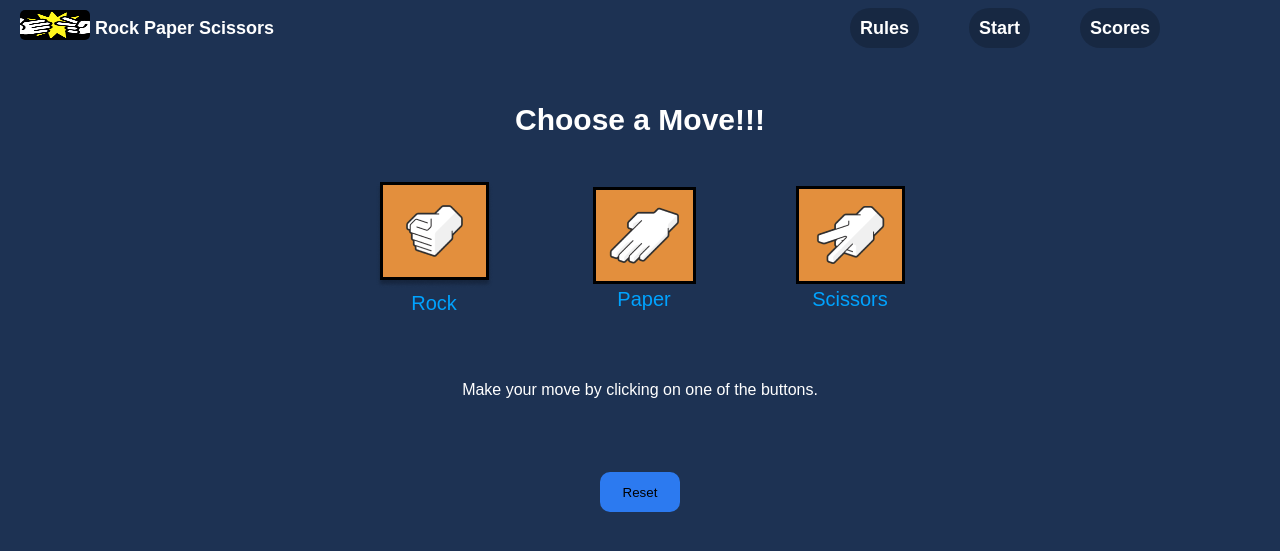
Repository: MikkyPrestige/rock-paper-scissors
Page: game.html
These files come from the project's save history. The page is drawn as it stood at one moment and after the next save; the edit follows.
The browser window is 1280 px wide. The pictures show the whole page.

Above is the page before, as saved 2023-05-13 03:05:08.

### game.html
<!DOCTYPE html>
<html lang="en">

<head>
  <meta charset="UTF-8">
  <meta http-equiv="X-UA-Compatible" content="IE=edge">
  <meta name="viewport" content="width=device-width, initial-scale=1.0">
  <title>Rock, Paper, Scissors</title>
  <link rel="stylesheet" href="./index.css">
  <script src="./script.js" defer></script>
</head>

<body>
  <main>
    <header>
      <figure class="headerLogo">
        <a href="/">
          <img src="./img/logo.png" alt="Logo" class="logo">
        </a>
        <figcaption class="logoCaption">Rock Paper Scissors</figcaption>
      </figure>
      <nav>
        <ul>
          <li><a href="#rule">Rules</a></li>
          <li><a href="./game.html">Start</a></li>
          <li><a href="#">Scores</a></li>
        </ul>
      </nav>
    </header>
    <section class="game">
      <h1 class="game--title">Choose a Move!!!</h1>
      <figure class="game--images">
        <div class="game--img">
          <img src="./img/rock.png" alt="Rock image" id="rock">
          <figcaption class="game--caption">Rock</figcaption>
        </div>
        <div class="game--img">
          <img src="./img/paper.png" alt="paper image" id="paper">
          <figcaption class="game--caption">Paper</figcaption>
        </div>
        <div class="game--img">
          <img src="./img/scissors.png" alt="scissors image" id="scissors">
          <figcaption class="game--caption">Scissors</figcaption>
        </div>
      </figure>
      <div id="result"></div>
      <div id="winner"></div>
      <div class="game--results">
        <p>Make your move by clicking on one of the buttons.</p>
      </div>
      <button class="rule--btn">Reset</button>
    </section>
  </main>
</body>

</html>

### index.css
*,
*::after,
*::before {
  box-sizing: border-box;
  margin: 0;
  padding: 0;
}

html {
  font-size: 62.5%;
}

body {
  font-family: "Fira Sans", sans-serif;
  font-size: 1.6rem;
  line-height: 1.5;
  background: rgba(29, 50, 83, 1);
  color: rgba(255, 255, 255, 1);
  width: 100%;
  height: 100%;
}

main {
  display: flex;
  flex-direction: column;
  justify-content: center;
  align-items: center;
  gap: 2rem;
  height: 100%;
  width: 100%;
}

header {
  display: flex;
  justify-content: space-between;
  align-items: center;
  padding: 1rem 2rem;
  width: 100%;
  height: auto;
}

.headerLogo {
  display: flex;
  align-items: center;
  gap: .5rem;
  height: auto;
}

.logo {
  width: 7rem;
  height: 3rem;
  border-radius: .5rem;
  -webkit-border-radius: .5rem;
  -moz-border-radius: .5rem;
  -ms-border-radius: .5rem;
  -o-border-radius: .5rem;
}

.logoCaption {
  font-size: 1.8rem;
  font-weight: 600;
  color: rgba(255, 255, 255, 1);
}

nav {
  height: auto;
  margin-right: 10rem;
}

ul {
  display: flex;
  justify-content: center;
  align-items: center;
  gap: 5rem;
  list-style: none;
}

li a {
  font-size: 1.8rem;
  font-weight: 600;
  color: rgba(255, 255, 255, 1);
  background: linear-gradient(0deg, rgba(0, 0, 0, 0.2), rgba(0, 0, 0, 0.2)), #1D3253;
  text-decoration: none;
  padding: 1rem;
  border-radius: 2rem;
}

li a:hover {
  background: rgba(255, 255, 255, 1);
  color: rgba(29, 50, 83, 1);
  text-decoration: underline;
}

.home {
  display: flex;
  justify-content: center;
  align-items: center;
  width: 100%;
  height: 70vh;
}

.images {
  position: relative;
  height: 100%;
  flex-basis: 30%;
}

.img {
  background: rgba(253, 253, 253, 0.9);
  border-radius: 50%;
  -webkit-border-radius: 50%;
  -moz-border-radius: 50%;
  -ms-border-radius: 50%;
  -o-border-radius: 50%;
  width: 15rem;
  height: 15rem;
}

.rock {
  position: absolute;
  top: 5rem;
  left: 0rem;
}

.paper {
  position: absolute;
  top: 5rem;
  right: 5rem;
}

.scissors {
  position: absolute;
  bottom: 5rem;
  left: 8rem;
}

.content {
  display: flex;
  flex-direction: column;
  justify-content: center;
  align-items: center;
  gap: 2rem;
}

.content--title {
  font-size: 3.6rem;
  font-weight: 600;
  width: 70%;
  text-transform: uppercase;
}

.content-rock {
  color: rgba(195, 183, 183, 1);
}

.content-scissors {
  color: rgba(233, 35, 35, 1);
}

.content--text {
  font-size: 2.5rem;
  font-weight: 400;
  width: 70%;
}

.fun {
  color: rgba(233, 35, 35, 1);
}

.btn {
  width: 13rem;
  height: 5rem;
  background: #2C7AF0;
  border-radius: 1rem;
  -webkit-border-radius: 1rem;
  -moz-border-radius: 1rem;
  -ms-border-radius: 1rem;
  -o-border-radius: 1rem;
  border: none;
  margin-top: 5rem;
  transition: all .3s ease-in-out;
  -webkit-transition: all .3s ease-in-out;
  -moz-transition: all .3s ease-in-out;
  -ms-transition: all .3s ease-in-out;
  -o-transition: all .3s ease-in-out;
}

.btn a {
  text-decoration: none;
  font-size: 2rem;
  color: rgba(255, 255, 255, 1);
  cursor: pointer;
}

.btn a:hover {
  color: rgba(44, 122, 240, 1);
}

.btn:hover {
  background: rgba(255, 255, 255, .7);
}

.rule {
  width: 100%;
  height: 100%;
  background: #D0CEC9;
}

.rule--container {
  display: flex;
  flex-direction: column;
  justify-content: center;
  align-items: center;
  gap: 1rem;
  margin: 2rem;
}

.rule--title {
  font-size: 3rem;
  font-weight: 600;
  color: #000;
}

.rule--content {
  display: flex;
  justify-content: space-around;
  align-items: center;
}

.rule--img {
  width: 35rem;
  height: 35rem;
}

.rule--para {
  background: #C4C4C4;
  width: 50%;
  text-align: center;
  padding: 2rem 5rem;
  border-radius: 3rem;
  -webkit-border-radius: 3rem;
  -moz-border-radius: 3rem;
  -ms-border-radius: 3rem;
  -o-border-radius: 3rem;
  display: flex;
  flex-direction: column;
  justify-content: center;
  align-items: center;
  gap: 1rem;
}

.rule--text {
  color: rgba(0, 163, 255, 1);
}

.game {
  display: flex;
  flex-direction: column;
  justify-content: center;
  align-items: center;
  gap: 2rem;
  width: 100%;
  height: 100%;
}

.game--title {
  font-size: 3rem;
  font-weight: 600;
  margin: 2rem;
}

.game--images {
  display: flex;
  justify-content: center;
  align-items: center;
  gap: 10rem;
  width: 100%;
}

.game--img {
  display: flex;
  flex-direction: column;
  justify-content: center;
  align-items: center;
  cursor: pointer;
}

.game--caption {
  font-size: 2rem;
  color: rgba(0, 163, 255, 1);
}

.rule--btn {
  width: 8rem;
  height: 4rem;
  background: #2C7AF0;
  border-radius: 1rem;
  -webkit-border-radius: 1rem;
  -moz-border-radius: 1rem;
  -ms-border-radius: 1rem;
  -o-border-radius: 1rem;
  border: none;
  margin-top: 5rem;
  transition: all .3s ease-in-out;
  -webkit-transition: all .3s ease-in-out;
  -moz-transition: all .3s ease-in-out;
  -ms-transition: all .3s ease-in-out;
  -o-transition: all .3s ease-in-out;
}

.rule--btn a {
  text-decoration: none;
  font-size: 2rem;
  color: rgba(255, 255, 255, 1);
  cursor: pointer;
  text-transform: uppercase;
}

.rule--btn a:hover {
  color: rgba(44, 122, 240, 1);
}

.rule--btn:hover {
  background: rgba(255, 255, 255, .7);
}

footer {
  margin: 1rem auto;
}

.footer--text {
  font-family: "Inter";
}

.footer--link {
  color: rgba(44, 122, 240, 1);
  text-decoration: none;
}

### script.js
 // get DOM elements for buttons and result display
 const rockBtn = document.getElementById('rock');
 const paperBtn = document.getElementById('paper');
 const scissorsBtn = document.getElementById('scissors');
 const resultDisplay = document.getElementById('result');
 const winner = document.getElementById('winner');

// Get a random selection for the computer
const computerPlay = () => {
  const words = ["rock", "paper", "scissors"];
  const random = Math.floor(Math.random() * words.length);
  return words[random];
};

function playGame() {
  let playerScore = 0;
  let computerScore = 0;

  // add event listeners to buttons
  rockBtn.addEventListener('click', () => playRound('rock'));
  paperBtn.addEventListener('click', () => playRound('paper'));
  scissorsBtn.addEventListener('click', () => playRound('scissors'));

  function playRound(playerSelection) {
    const computerSelection = computerPlay();
    let roundResult;

    if (playerSelection === computerSelection) {
      roundResult = "It's a tie!";
    } else if ((playerSelection === 'rock' && computerSelection === 'scissors') ||
               (playerSelection === 'paper' && computerSelection === 'rock') ||
               (playerSelection === 'scissors' && computerSelection === 'paper')) {
      playerScore++;
      roundResult = `You win! ${playerSelection} beats ${computerSelection}.`;
    } else {
      computerScore++;
      roundResult = `You lose! ${computerSelection} beats ${playerSelection}.`;
    }

    // update result display
    resultDisplay.textContent = roundResult;

    // check for end of game
    if (playerScore === 5) {
      resultDisplay.textContent = `You win the game! Final score: ${playerScore} - ${computerScore}`;
      resetGame();
    } else if (computerScore === 5) {
      resultDisplay.textContent = `You lose the game! Final score: ${playerScore} - ${computerScore}`;
      resetGame();
    }
  }

  function resetGame() {
    // remove event listeners from buttons
    rockBtn.removeEventListener('click', () => playRound('rock'));
    paperBtn.removeEventListener('click', () => playRound('paper'));
    scissorsBtn.removeEventListener('click', () => playRound('scissors'));
  }
}

// call playGame function when DOM is loaded
window.addEventListener('DOMContentLoaded', playGame);


// // Create a function to reset the game
// const resetButton = document.getElementById("reset-btn");
// resetButton.addEventListener("click", function() {
//   const finalResult = document.getElementById("final-result");
//   finalResult.textContent = "";
//   result.textContent = "";
// }
// );

// // Create a function to quit the game
// const quitButton = document.getElementById("quit-btn");
// quitButton.addEventListener("click", function() {
//   const finalResult = document.getElementById("final-result");
//   finalResult.textContent = "Thanks for playing!";
//   result.textContent = "";
//   playerScore = 0;
//   computerScore = 0;
// }
// );

// // Create a function to play again
// const playAgainButton = document.getElementById("play-again-btn");
// playAgainButton.addEventListener("click", function() {
//   const finalResult = document.getElementById("final-result");
//   finalResult.textContent = "";
//   result.textContent = "";
//   playerScore = 0;
//   computerScore = 0;
// }
// );

// // Create a function to display the rules
// const rulesButton = document.getElementById("rules-btn");
// rulesButton.addEventListener("click", function() {
//   const rules = document.getElementById("rules");
//   rules.textContent = "Rock beats scissors, scissors beats paper, and paper beats rock.";
// }
// );

// // Create a function to hide the rules
// const hideRulesButton = document.getElementById("hide-rules-btn");
// hideRulesButton.addEventListener("click", function() {
//   const rules = document.getElementById("rules");
//   rules.textContent = "";
// }
// );

// // Create a function to display the scores
// const scoresButton = document.getElementById("scores-btn");
// scoresButton.addEventListener("click", function() {
//   const scores = document.getElementById("scores");
//   scores.textContent = `Player: ${playerScore} | Computer: ${computerScore}`;
// }
// );

// // Create a function to hide the scores
// const hideScoresButton = document.getElementById("hide-scores-btn");
// hideScoresButton.addEventListener("click", function() {
//   const scores = document.getElementById("scores");
//   scores.textContent = "";
// }
// );

// // Create a function to display the final result
// const finalResultButton = document.getElementById("final-result-btn");
// finalResultButton.addEventListener("click", function() {
//   const finalResult = document.getElementById("final-result");
//   finalResult.textContent = playerScore > computerScore
//     ? "You win!"
//     : "You lose!";
// }
// );

// // Create a function to hide the final result
// const hideFinalResultButton = document.getElementById("hide-final-result-btn");
// hideFinalResultButton.addEventListener("click", function() {
//   const finalResult = document.getElementById("final-result");
//   finalResult.textContent = "";
// }
// );

// // Create a function to display the result
// const resultButton = document.getElementById("result-btn");
// resultButton.addEventListener("click", function() {
//   const result = document.getElementById("result");
//   result.textContent = "Click one of the buttons below to play.";
// }
// );

// // Create a function to hide the result
// const hideResultButton = document.getElementById("hide-result-btn");
// hideResultButton.addEventListener("click", function() {
//   const result = document.getElementById("result");
//   result.textContent = "";
// }
// );

After the next save:
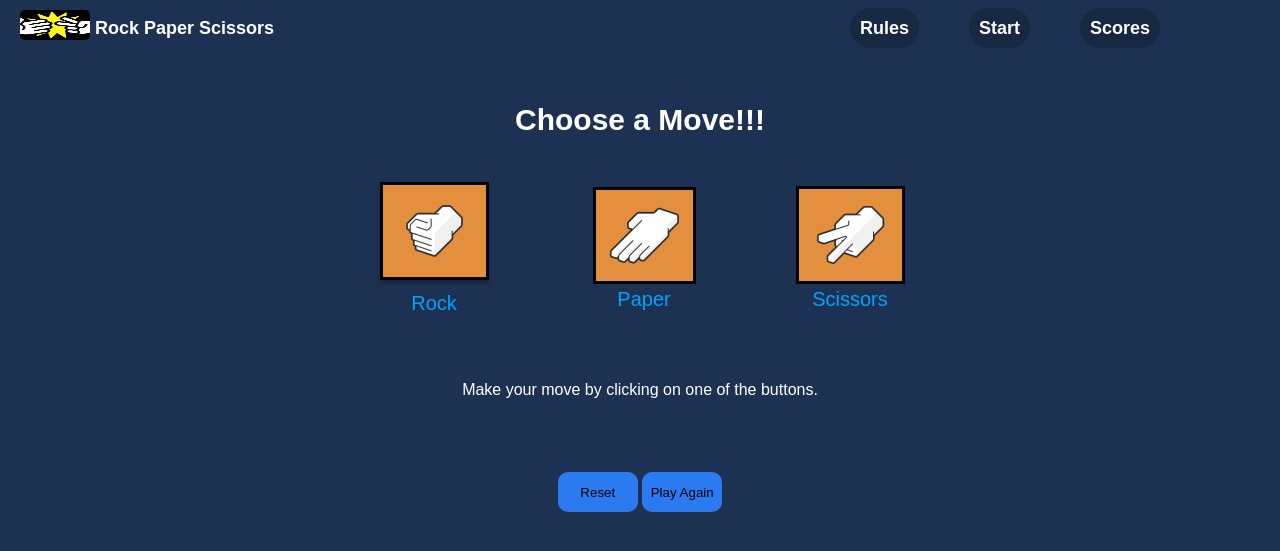
Saved 60 s later.
--- a/game.html
+++ b/game.html
@@ -48,7 +48,10 @@
       <div class="game--results">
         <p>Make your move by clicking on one of the buttons.</p>
       </div>
+     <div class="btns">
       <button class="rule--btn">Reset</button>
+      <button class="rule--btn">Play Again</button>
+     </div>
     </section>
   </main>
 </body>
